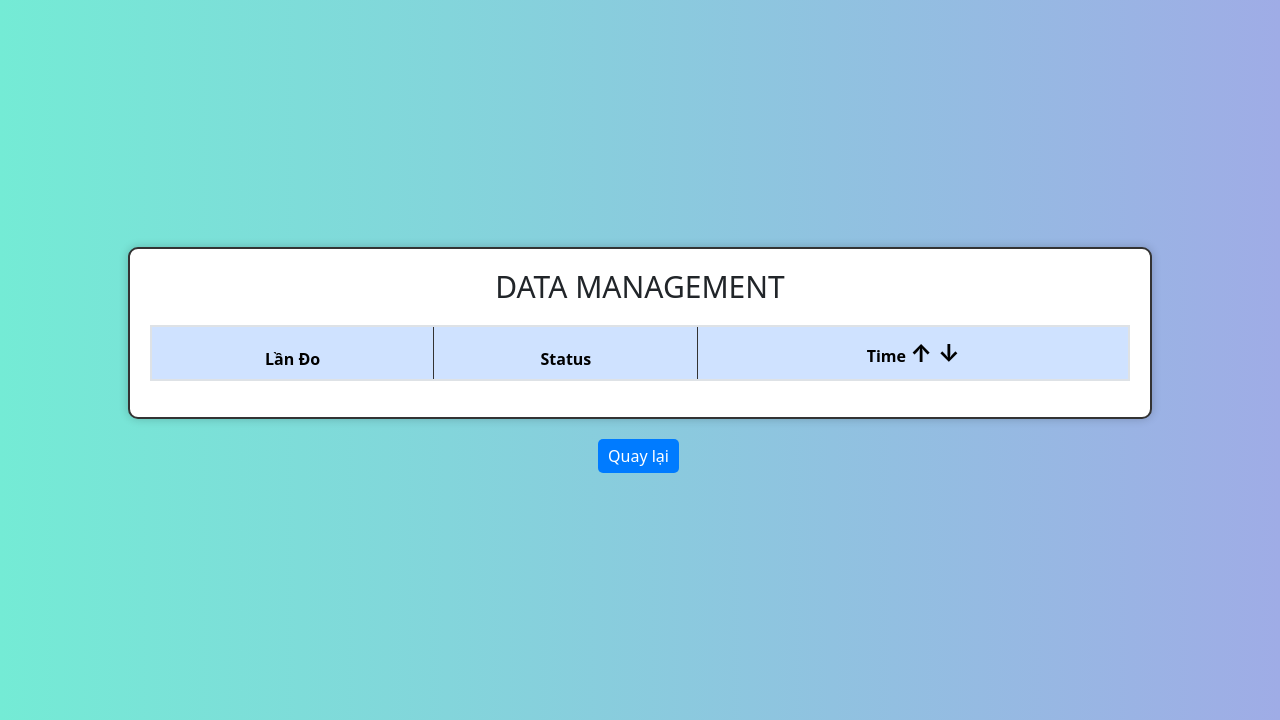
Repository: ndmq03102002/BTL_IOT
Page: Fontend_IOT/iot/history.html
The author's editor kept a copy of each file at every save. The page is drawn from the files as they stood at one save, then again after the next save.
The browser window is 1280 px wide. The pictures show the whole page.
The page's requests for data from a server got no answer.

Above is the page before, as saved 2023-10-27 08:39:42.

After the next save:
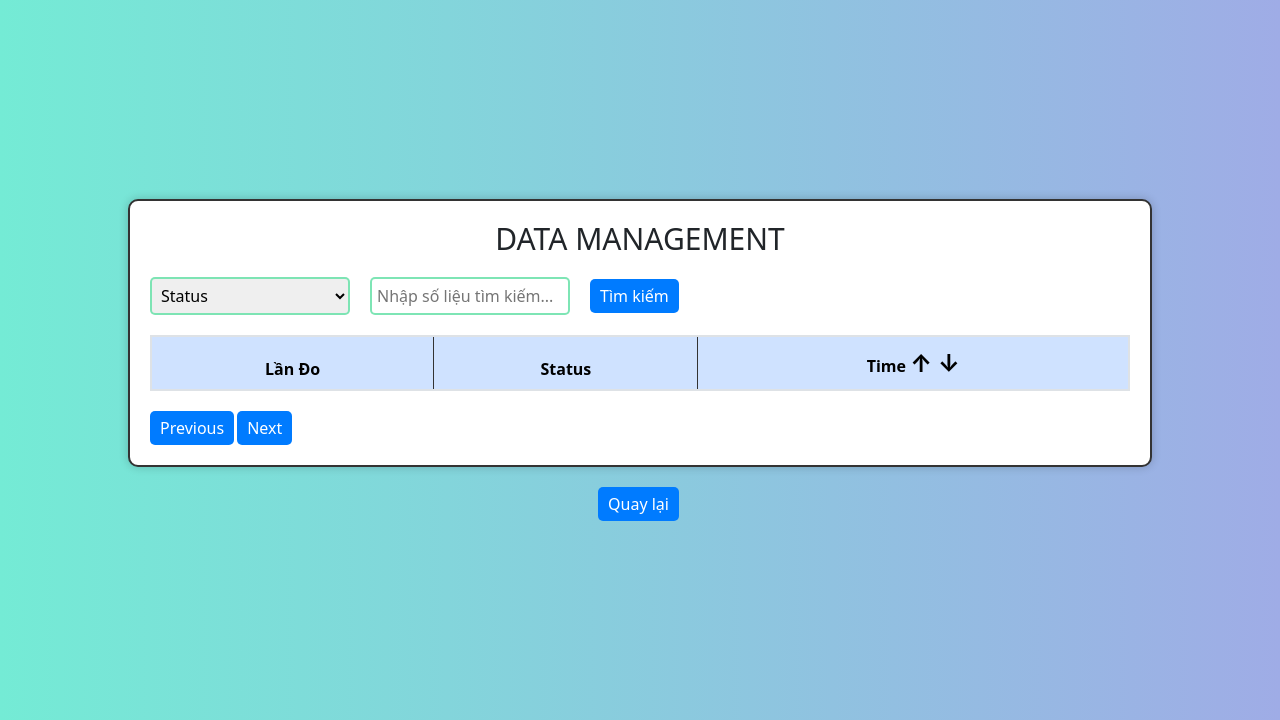
Saved 77 s later.
--- a/Fontend_IOT/iot/history.html
+++ b/Fontend_IOT/iot/history.html
@@ -101,6 +101,14 @@
 <body>
     <div class="container">
         <h1 style="text-align: center; font-size: 30px;">DATA MANAGEMENT</h1>
+        <div class="search-container">
+            <select id="searchColumn">
+                <option value="status">Status</option>
+                <option value="Time">Time</option>
+            </select>
+            <input type="text" id="searchInput" placeholder="Nhập số liệu tìm kiếm...">
+            <button id="searchButton">Tìm kiếm</button>
+        </div>
         <table class="table table-hover">
             <thead class="table-primary">
                 <tr>
@@ -117,6 +125,11 @@
                 <!-- data from database -->
             </tbody>
         </table>
+        <div class="pagination">
+            <button id="prevBtn">Previous</button>
+            <div id="pageBtns"></div>
+            <button id="nextBtn">Next</button>
+        </div>
     </div>
     <button
       style="
